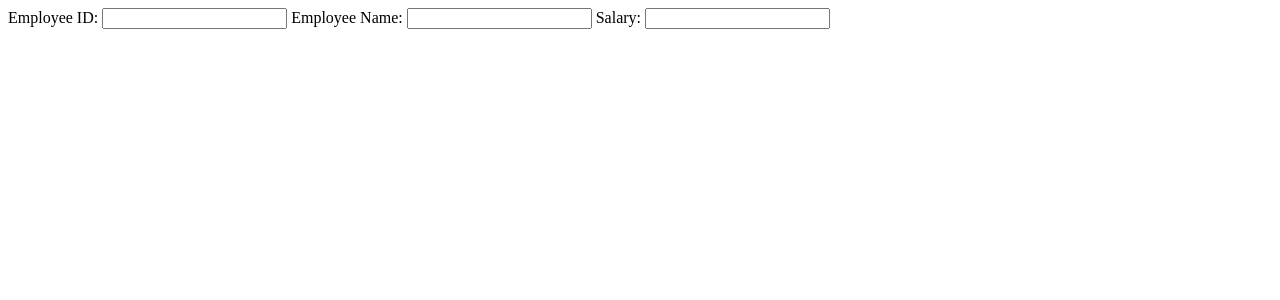
Repository: satyensingh/servlet-jsp-demos
Page: Day9/MVCDemo/WebContent/index.html
The author's editor kept a copy of each file at every save. The page is drawn from the files as they stood at one save, then again after a run of saves.
The browser window is 1280 px wide. The pictures show the whole page.

Above is the page before, as saved 2018-01-21 15:37:30.

### Day9/MVCDemo/WebContent/index.html
<!DOCTYPE html>
<html>
<head>
<meta charset="UTF-8">
<title>Insert title here</title>
</head>
<body>
<form action="">
	Employee ID: <input type="text" name="txtEmpId"/>
	Employee Name: <input type="text" name="txtEmpName"/>
	Salary: <input type="text" name="txtEmpSalary"/>

</form>
</body>
</html>

After the next 2 saves:
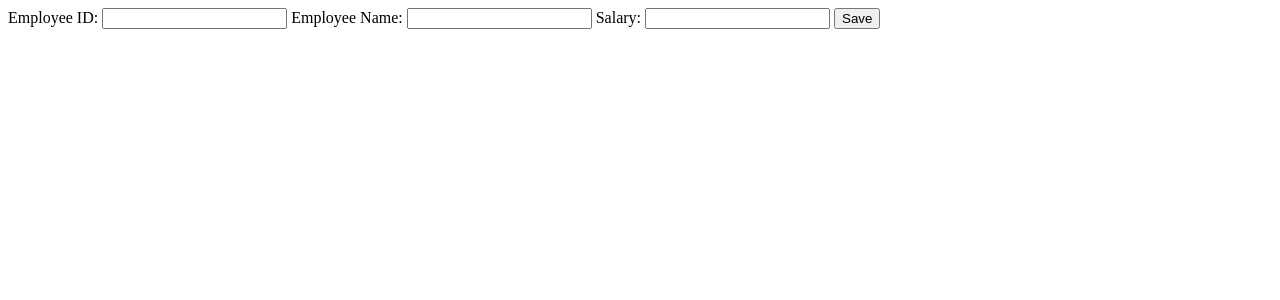
The 2 saves are shown as one change because they came seconds apart.
The last was saved 17 s later.
--- a/Day9/MVCDemo/WebContent/index.html
+++ b/Day9/MVCDemo/WebContent/index.html
@@ -9,7 +9,7 @@
 	Employee ID: <input type="text" name="txtEmpId"/>
 	Employee Name: <input type="text" name="txtEmpName"/>
 	Salary: <input type="text" name="txtEmpSalary"/>
-
+	<input type="submit" value="Save"/>
 </form>
 </body>
 </html>
